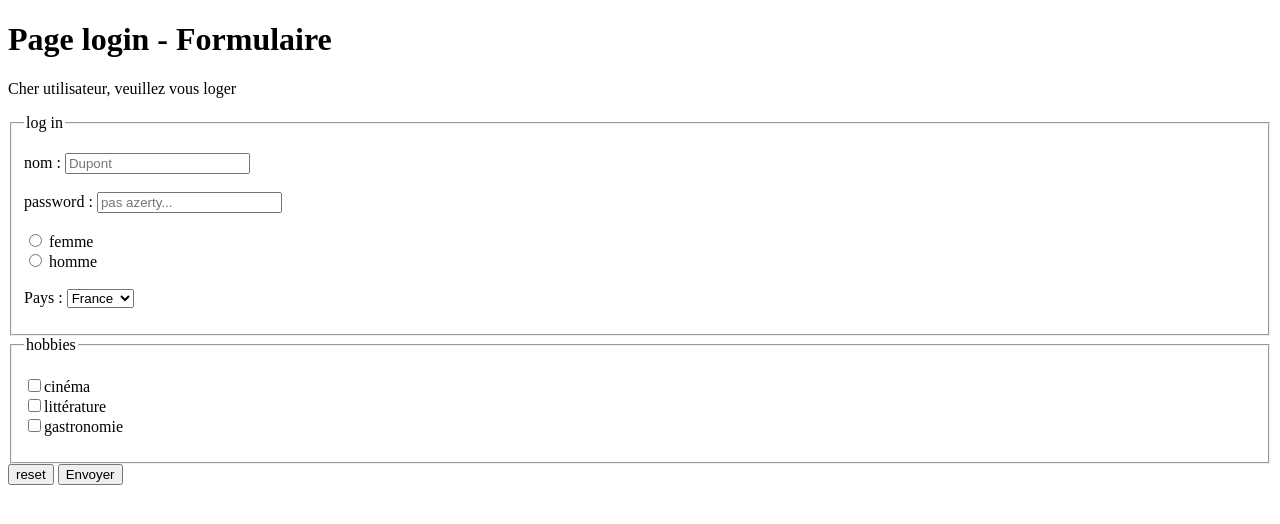
Repository: FabiendeBelleville/test
Page: GTM-eclipse-workspace-Fabien_Drouin/TPSimpleJspServlet3Redir/WebContent/formulaire.html
An editor plug-in stored every save of this project. The page is shown before and after the next save, followed by the edit.
The browser window is 1280 px wide. The pictures show the whole page.

Above is the page before, as saved 2018-10-02 08:19:57.

After the next save:
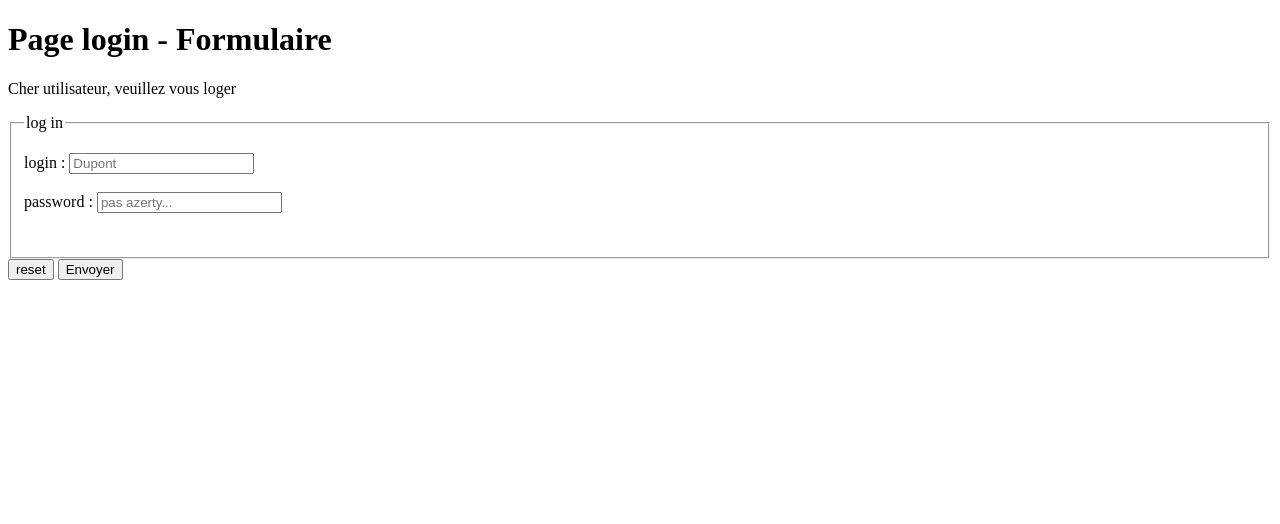
Saved 68 s later.
--- a/GTM-eclipse-workspace-Fabien_Drouin/TPSimpleJspServlet3Redir/WebContent/formulaire.html
+++ b/GTM-eclipse-workspace-Fabien_Drouin/TPSimpleJspServlet3Redir/WebContent/formulaire.html
@@ -9,48 +9,23 @@
 	<h1>Page login - Formulaire</h1>
 	<p>Cher utilisateur, veuillez vous loger</p>
 
-	<form method="post" action="CestQui">
+	<form method="post" action="accueil">
 		<fieldset>
 			<legend>log in</legend>
 
 			<p>
-				nom : <input type="text" name="nom" placeholder="Dupont" />
+				login : <input type="text" name="login" placeholder="Dupont" />
 				<br>
 				<br>
 				password : <input type="text" name="password" placeholder="pas azerty..." /> <br />
 				<br />
 
-				<input type="radio" name="sex" value="femme" id="femme" />
-				<label for="femme">femme</label> <br /> <input type="radio"
-					name="sex" value="homme" id="homme" /> <label for="homme">homme</label>
-				<br />
 
-			<br> Pays :
-				<select name="pays" id="pays">
-					<option value="France">France</option>
-					<option value="Grece">Grece</option>
-					<option value="Albanie">Albanie</option>
-					<option value="Nigeria">Nigeria</option>
-
-				</select>
-			</p>
 
 
 		</fieldset>
 
 
-		<fieldset>
-			<legend>hobbies</legend>
-
-
-			<p>
-				 <input type="checkbox" name="hobbies" value="cinéma">cinéma<br>
-					<input type="checkbox" name="hobbies" value="littérature">littérature<br>
-					<input type="checkbox" name="hobbies" value="gastronomie">gastronomie<br>
-			</p>
-
-
-		</fieldset>
 
 		<input type="reset" value="reset" /> <input type="submit"
 			value="Envoyer" />
